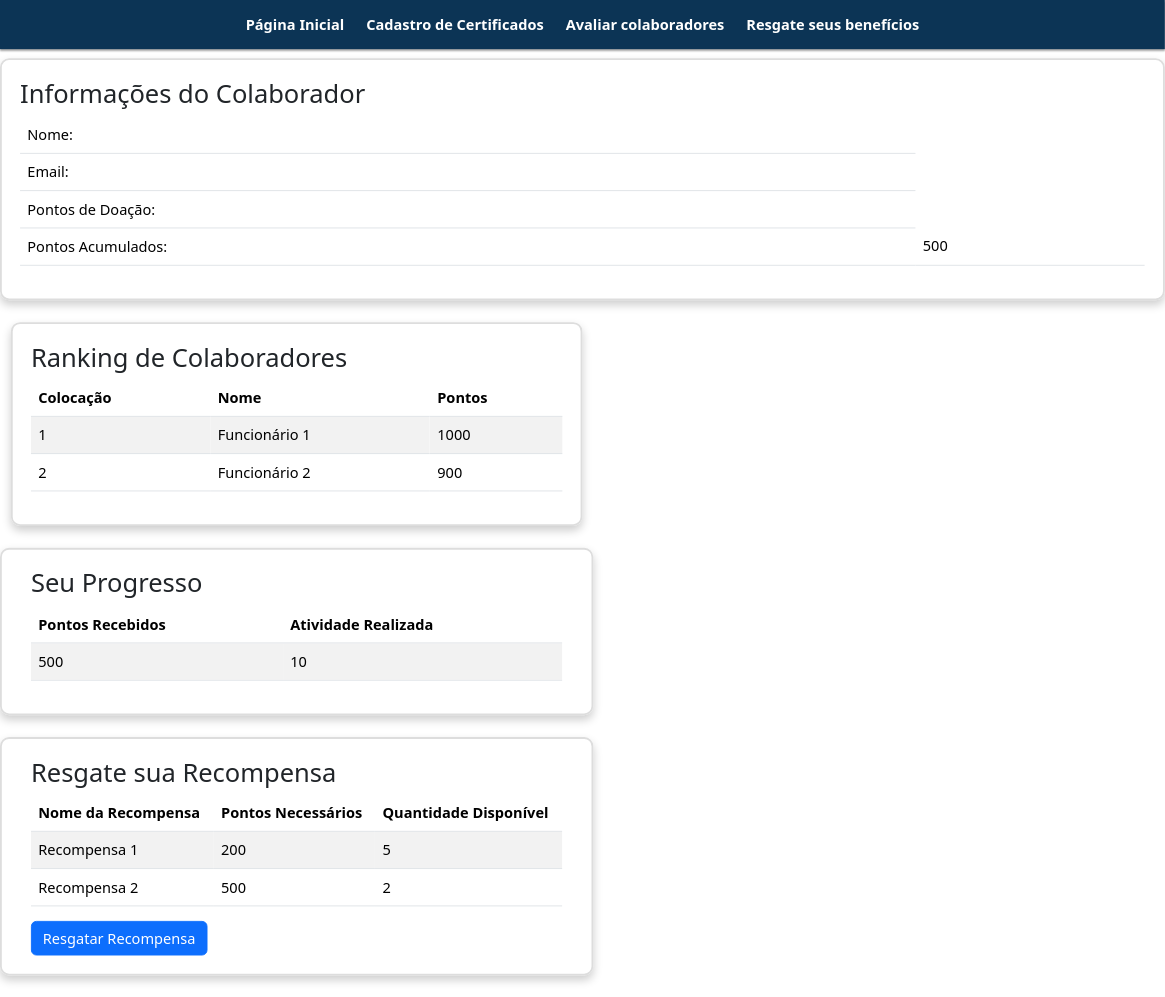
Repository: mumuryllo/ProjetoZupPointsCatalisa5
Page: ZuPointsCatalisa5 Front-End/colaborador.html
These files come from the project's save history. The page is drawn as it stood at one moment and after the next save; the edit follows.
The browser window is 1280 px wide. The pictures show the whole page, at 91% of full size.
The page's requests for data from a server got no answer.

Above is the page before, as saved 2023-10-12 17:42:36.

### ZuPointsCatalisa5 Front-End/colaborador.html
<!DOCTYPE html>
<html lang="en">
<head>
    <meta charset="UTF-8">
    <meta name="viewport" content="width=device-width, initial-scale=1.0">
    <title>Página de Funcionários</title>

    <link href="https://cdn.jsdelivr.net/npm/bootstrap@5.3.2/dist/css/bootstrap.min.css" rel="stylesheet"
        integrity="sha384-T3c6CoIi6uLrA9TneNEoa7RxnatzjcDSCmG1MXxSR1GAsXEV/Dwwykc2MPK8M2HN" crossorigin="anonymous">

    <link rel="stylesheet" href="style/nav-bar.css">

    <!-- Custom CSS for Styling -->
    <style>
        .custom-border {
            border: 2px solid #ddd;
            border-radius: 10px;
            padding: 20px;
            box-shadow: 0px 5px 10px rgba(0, 0, 0, 0.2);
        }
        .mb-4 {
            margin-bottom: 2rem;
        }
    </style>
</head>
<body>
    <!-- Cabeçalho -->
    <nav>
        <a href="index.html">Página Inicial</a>
        <a href="./cadastro_certificado.html">Cadastro de Certificados</a>
        <a href="avaliar_colaboradores.html"> Avaliar colaboradores</a>
        <a href="buscarEspecifico.html">Resgate seus benefícios</a>
    </nav>

    <div class="container-fluid">
        <div class="row">
            <!-- Informações do Colaborador -->
            <div class="col-md-12 custom-border mb-4">
                <h3>Informações do Colaborador</h3>
                <div class="table-responsive">
                    <table class="table">
                        <tbody>
                            <tr>
                                <td>Nome:</td>
                            </tr>
                            <tr>
                                <td>Email:</td>
                            </tr>
                            <tr>
                                <td>Pontos de Doação:</td>
                            </tr>
                            <tr>
                                <td>Pontos Acumulados:</td>
                                <td>500</td>
                            </tr>
                            <!-- Adicione mais informações conforme necessário -->
                        </tbody>
                    </table>
                </div>
            </div>
        </div>

        <!-- Coluna da esquerda com o ranking -->
        <div class="col-md-6 custom-border mb-4">
            <h3>Ranking de Colaboradores</h3>
            <table class="table table-striped">
                <thead>
                    <tr>
                        <th>Colocação</th>
                        <th>Nome</th>
                        <th>Pontos</th>
                    </tr>
                </thead>
                <tbody>
                    <tr>
                        <td>1</td>
                        <td>Funcionário 1</td>
                        <td>1000</td>
                    </tr>
                    <tr>
                        <td>2</td>
                        <td>Funcionário 2</td>
                        <td>900</td>
                    </tr>
                    <!-- Adicione mais linhas conforme necessário -->
                </tbody>
            </table>
        </div>

        <!-- Coluna da direita com divisão vertical -->
        <div class="col-md-6">
            <!-- Parte superior - Seu Progresso -->
            <div class="row justify-content-center custom-border mb-4" style="max-height: 50vh; overflow-y: auto;">
                <div class="col-12">
                    <h3>Seu Progresso</h3>
                    <div class="table-responsive">
                        <table class="table table-striped">
                            <thead>
                                <tr>
                                    <th>Pontos Recebidos</th>
                                    <th>Atividade Realizada</th>
                                </tr>
                            </thead>
                            <tbody>
                                <tr>
                                    <td>500</td>
                                    <td>10</td>
                                </tr>
                                <!-- Adicione mais linhas conforme necessário -->
                            </tbody>
                        </table>
                    </div>
                </div>
            </div>

            <!-- Divisão vertical -->
            <div class="row">
                <div class="col-12 border-right">
                    <!-- Parte inferior - Resgate sua Recompensa -->
                    <div class="row justify-content-center custom-border mb-4" style="max-height: 50vh; overflow-y: auto;">
                        <div class="col-12">
                            <h3>Resgate sua Recompensa</h3>
                            <div class="table-responsive">
                                <table class="table table-striped">
                                    <thead>
                                        <tr>
                                            <th>Nome da Recompensa</th>
                                            <th>Pontos Necessários</th>
                                            <th>Quantidade Disponível</th>
                                        </tr>
                                    </thead>
                                    <tbody>
                                        <tr>
                                            <td>Recompensa 1</td>
                                            <td>200</td>
                                            <td>5</td>
                                        </tr>
                                        <tr>
                                            <td>Recompensa 2</td>
                                            <td>500</td>
                                            <td>2</td>
                                        </tr>
                                        <!-- Adicione mais linhas conforme necessário -->
                                    </tbody>
                                </table>
                            </div>
                            <button class="btn btn-primary text-center">Resgatar Recompensa</button>
                        </div>
                    </div>
                </div>
            </div>
        </div>
    </div>
    <script src="./js/listarInfoColaboradores.js"></script>
    <script src="./js/listarCertificado.js"></script>
    <script src="https://cdn.jsdelivr.net/npm/bootstrap@5.3.2/dist/js/bootstrap.bundle.min.js" integrity="sha384-C6RzsynM9kWDrMNeT87bh95OGNyZPhcTNXj1NW7RuBCsyN/o0jlpcV8Qyq46cDfL" crossorigin="anonymous"></script>
</body>
</html>

### ZuPointsCatalisa5 Front-End/style/nav-bar.css
:root {
    --cor0: #0e1a33;
    --cor1: #061b2c;
    --cor2: #0c3455;
    --cor3: #8dc63F;
    --cor4: #40ba84;
    --cor5: #ef4123;
    --cor6: #f7941e;
    --cor7: #909090;
    --cor8: #ffffff;

    --fonte-padrao: Arial, Verdana, Helvetica, sans-serif;
    --fonte-destaque: 'Bebas Neue', cursive;
}

header {
    background-image: linear-gradient(to bottom, var(--cor0), var(--cor2));
    text-align: center;
    min-height: 150px;
    padding-top: 30px;
}

header>h1 {
    color: var(--cor8);
    font-weight: normal;
    font-size: 3em;
    margin-bottom: 20px;
    text-shadow: 2px 2px 0 rgba(0, 0, 0, 0.466);
}

header>p {
    color: var(--cor8);
    font-size: 1.2em;
    padding-left: 10px;
    padding-right: 10px;
    margin: auto;
    padding-bottom: 20px;
    text-shadow: 2px 2px 0 rgba(0, 0, 0, 0.466);
}

nav {
    background-color: var(--cor2);
    padding: 15px;
    box-shadow: 0px 2px 2px #0000005b;
    text-align: center;
    margin-bottom: 10px;
}

nav a {
    color: var(--cor8);
    padding: 10px;
    text-decoration: none;
    font-weight: bold;
    transition-duration: 0.5s;
}

nav a:hover {
    border-bottom: 5px solid var(--cor3);
    padding-bottom: 2px;
    text-decoration: none;/
}

### ZuPointsCatalisa5 Front-End/js/listarInfoColaboradores.js
document.addEventListener("DOMContentLoaded", function () {
    function fetchColaboradorData() {
        const colaboradorId = localStorage.getItem('id');
        const url = `http://localhost:8080/colaboradores/${colaboradorId}`;
        const token =  localStorage.getItem('token'); // Substitua pelo seu token Bearer válido

        fetch(url, {
            headers: {
                'Authorization': `Bearer ${token}`
            }
        })
            .then(response => {
                if (!response.ok) {
                    throw new Error(`Erro na requisição: ${response.status} - ${response.statusText}`);
                }
                return response.json();
            })
            .then(data => {
                // Substitua os IDs dos elementos abaixo pelos IDs corretos em seu HTML
                document.getElementById('nomeColaborador').textContent = data.nome;
                document.getElementById('emailColaborador').textContent = data.email;
                document.getElementById('pontosDoacao').textContent = data.pontosDoacao;
                document.getElementById('pontosAcumulados').textContent = data.pontosAcumulados;
            })
            .catch(error => {
                console.error('Erro na requisição:', error);
            });
    }

    fetchColaboradorData();
});

### ZuPointsCatalisa5 Front-End/js/listarCertificado.js
document.addEventListener('DOMContentLoaded', function () {
    const token = localStorage.getItem('token');
    const userId = localStorage.getItem('id');

    fetch(`http://localhost:8080/certificados?colaborador_id=${userId}`, {
      method: 'GET',
      headers: {
        'Authorization': `Bearer ${token}`
      }
    })
      .then(response => {
        if (response.ok) {
          return response.json();
        } else {
          throw new Error('Falha na requisição');
        }
      })
      .then(certificados => {
        const certificadosAccordion = document.querySelector('#certificadosAccordion');

        certificados.forEach(certificado => {
          const certificadoItem = document.createElement('div');
          certificadoItem.className = 'accordion-item';

          if(certificado.colaborador.id==userId){

            certificadoItem.innerHTML = `
            <h2 class="accordion-header" id="certificado${certificado.id}Heading">
              <button class="accordion-button" type="button" data-bs-toggle="collapse" data-bs-target="#certificado${certificado.id}Collapse" aria-expanded="true" aria-controls="certificado${certificado.id}Collapse">
                Certificado ${certificado.nome}
              </button>
            </h2>
            <div id="certificado${certificado.id}Collapse" class="accordion-collapse collapse" aria-labelledby="certificado${certificado.id}Heading" data-bs-parent="#certificadosAccordion">
              <div class="accordion-body">
                <p><strong>Nome:</strong> ${certificado.nome}</p>
                <p><strong>Link:</strong> <a href="${certificado.link}">${certificado.link}</a></p>
                <p><strong>Número de Credencial:</strong> ${certificado.numero_credencial}</p>
                <p><strong>Tipo de Certificado:</strong> ${certificado.tipo_certificado}</p>
                <p><strong>Validação Certificado:</strong> ${certificado.certificado_valido}</p>
              </div>
            </div>
          `;

          certificadosAccordion.appendChild(certificadoItem);
          }

        });
      })
      .catch(error => {
        console.error('Ocorreu um erro:', error);
      });
  });

After the next save:
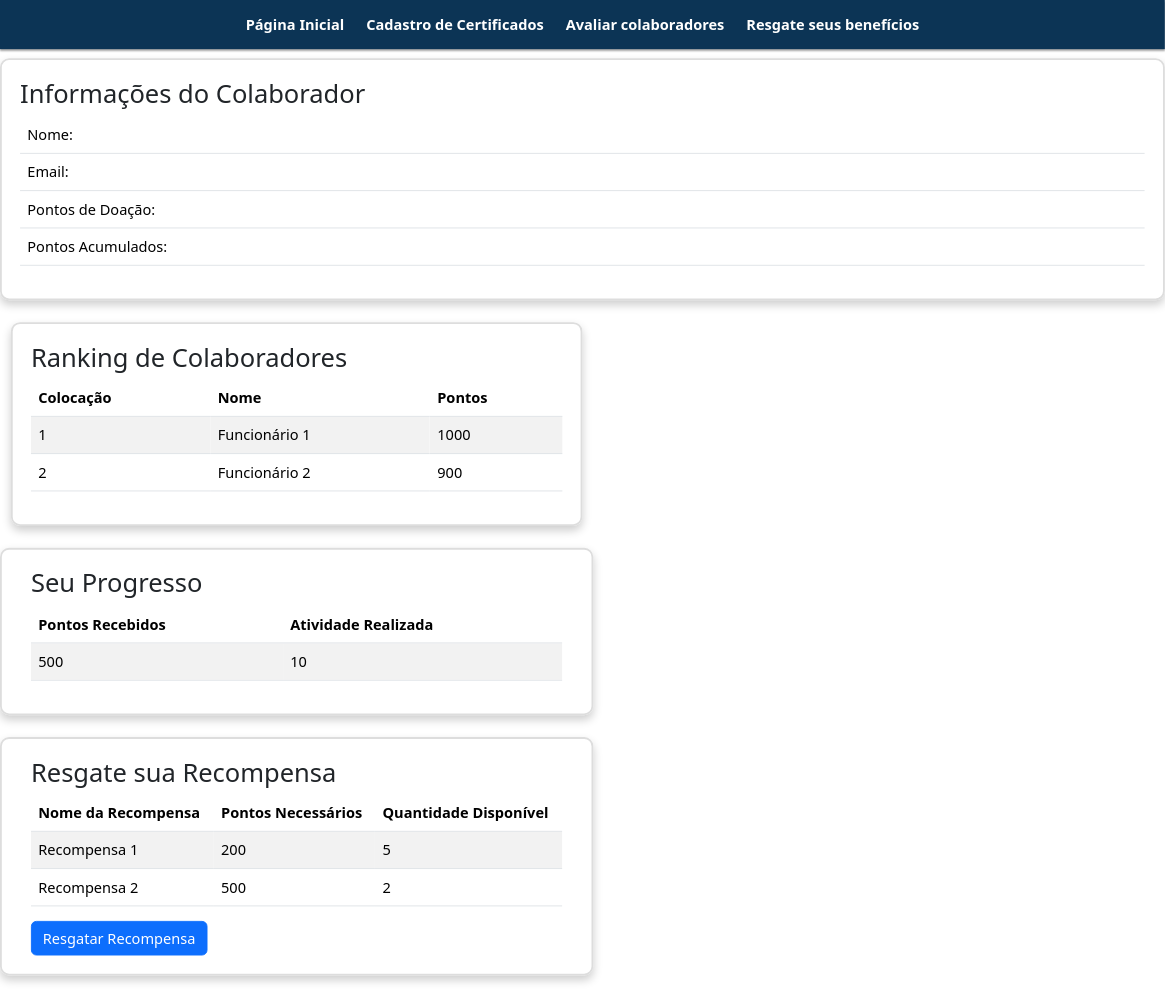
Saved 6 s later.
--- a/ZuPointsCatalisa5 Front-End/colaborador.html
+++ b/ZuPointsCatalisa5 Front-End/colaborador.html
@@ -51,7 +51,6 @@
                             </tr>
                             <tr>
                                 <td>Pontos Acumulados:</td>
-                                <td>500</td>
                             </tr>
                             <!-- Adicione mais informações conforme necessário -->
                         </tbody>
